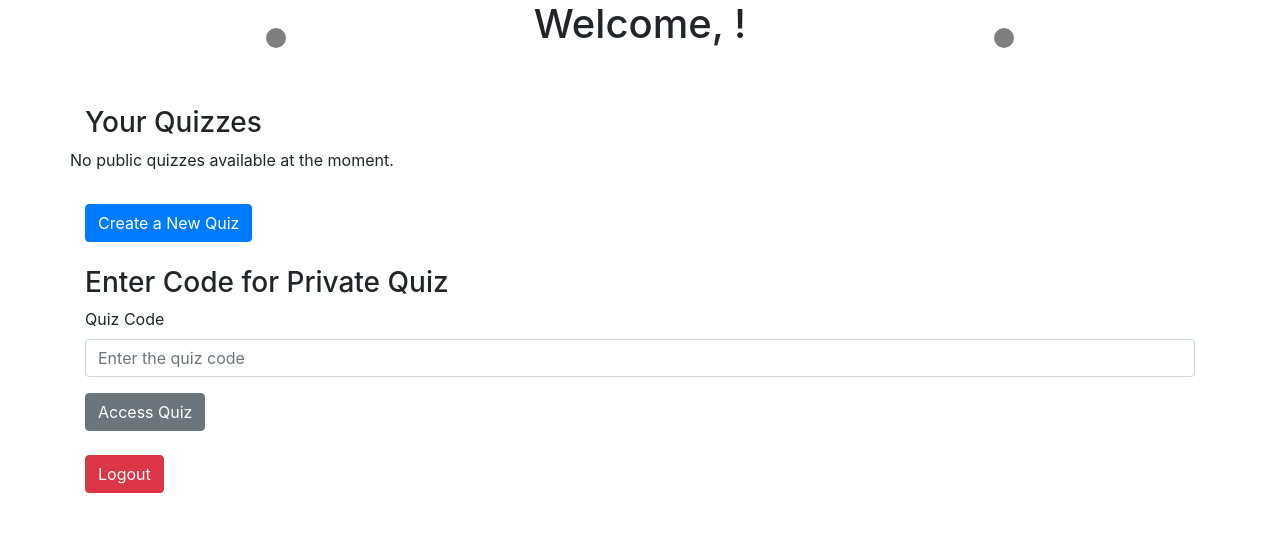
Repository: IlyessMou/Group
Page: http://localhost/quizzapp/WEB-INF/home.jsp
These files come from the project's save history. The page is drawn as it stood at one moment and after the next save; the edit follows.
The browser window is 1280 px wide. The pictures show the whole page.
Some web libraries are served in a nearby version. The page is served by Tomcat 10. Nobody is signed in. The template is opened directly, without the code that normally fills it, so the values that code supplies are empty.

Above is the page before, as saved 2024-12-04 04:07:54.
Console error: TypeError: Cannot read properties of undefined (reading 'style')

After the next save:
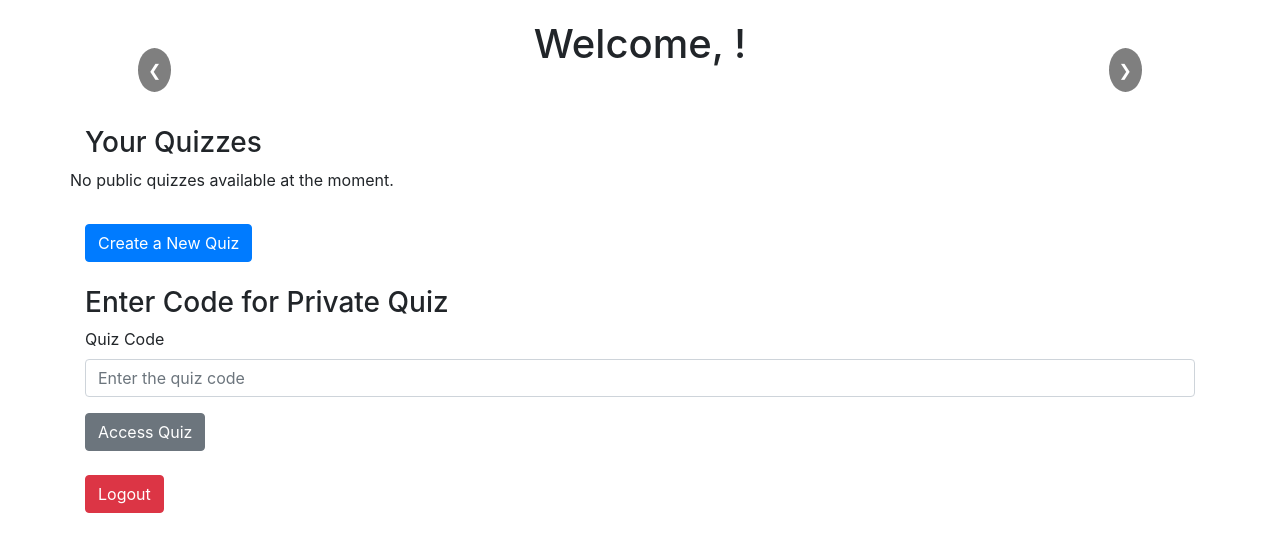
Console error: TypeError: Cannot read properties of undefined (reading 'classList')
Saved 62 s later.
--- a/quizzapp/src/main/webapp/WEB-INF/home.jsp
+++ b/quizzapp/src/main/webapp/WEB-INF/home.jsp
@@ -13,22 +13,25 @@
         .slideshow-container {
             position: relative;
             text-align: center;
-            margin-bottom: 30px;
-            max-width: 60%;  /* Adjusted size */
-            margin: 0 auto;
+            margin: 20px auto;
             display: flex;
             justify-content: center;
             align-items: center;
+            max-width: 80%;
         }
 
         /* Each slide */
         .slide {
             display: none;
-            width: 200px;  /* Fixed width */
-            height: 200px;  /* Fixed height */
+            width: 100px;  /* Smaller size */
+            height: 100px;  /* Smaller size */
             object-fit: cover;  /* Ensures images maintain their aspect ratio within the fixed size */
-            margin: 0 10px;  /* Space between images */
             transition: transform 0.5s ease-in-out;
+        }
+
+        /* Show the active slide */
+        .active {
+            display: block;
         }
 
         /* Navigation buttons */
@@ -59,9 +62,9 @@
             left: 50%;
             transform: translateX(-50%);
             color: white;
-            font-size: 20px;
+            font-size: 18px;
             background-color: rgba(0, 0, 0, 0.5);
-            padding: 10px;
+            padding: 5px;
             border-radius: 5px;
         }
 
@@ -88,8 +91,8 @@
                 </div>
             </c:forEach>
         </div>
-        <button class="slide-btn left" onclick="slideLeft()"><i class="fas fa-arrow-left"></i></button>
-        <button class="slide-btn right" onclick="slideRight()"><i class="fas fa-arrow-right"></i></button>
+        <button class="slide-btn left" onclick="moveSlide(-1)">&#10094;</button>
+        <button class="slide-btn right" onclick="moveSlide(1)">&#10095;</button>
     </div>
 
     <!-- Your Quizzes Section -->
@@ -143,30 +146,26 @@
         function showSlide(index) {
             // Hide all slides
             slides.forEach((slide, i) => {
-                slide.style.display = 'none';
+                slide.classList.remove('active');
             });
 
-            // Show the current slide and the next/previous ones
-            slides[index].style.display = 'block';
-            if (index > 0) slides[index - 1].style.display = 'block';  // Previous slide
-            if (index < totalSlides - 1) slides[index + 1].style.display = 'block';  // Next slide
+            // Show the current slide
+            slides[index].classList.add('active');
         }
 
-        function slideLeft() {
-            if (currentIndex > 0) {
-                currentIndex--;
-                showSlide(currentIndex);
+        function moveSlide(direction) {
+            currentIndex += direction;
+
+            if (currentIndex < 0) {
+                currentIndex = totalSlides - 1;
+            } else if (currentIndex >= totalSlides) {
+                currentIndex = 0;
             }
+
+            showSlide(currentIndex);
         }
 
-        function slideRight() {
-            if (currentIndex < totalSlides - 1) {
-                currentIndex++;
-                showSlide(currentIndex);
-            }
-        }
-
-        // Initial setup: show the first slide and its neighbors
+        // Initialize first slide
         showSlide(currentIndex);
     </script>
 </body>
